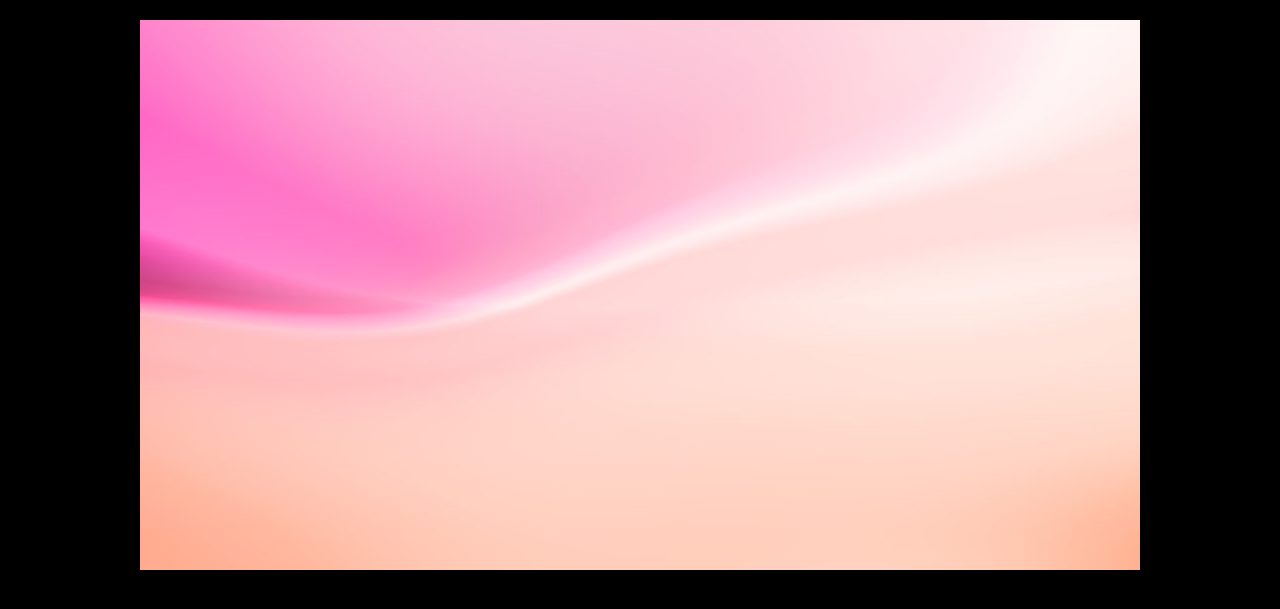
Repository: annabdev/basiccalculator
Page: index.html
An editor plug-in stored every save of this project. The page is shown before and after a run of saves, followed by the edit.
The browser window is 1280 px wide. The pictures show the whole page.

Above is the page before, as saved 2020-09-11 21:03:54.

### index.html
<html>
    <head>
        <link rel="stylesheet" type="text/css" href="style.css">
        <link href="https://fonts.googleapis.com/css?family=Open+Sans:600,700" rel="stylesheet">
        <title>A simple calculator</title>
    </head>
    <body>
        <div id="container">
            <div id="calculator">

            </div>
        </div>
        A simple calculator
        <script src="script.js"></script>
    </body>
</html>

### style.css
body{
    font-family: 'Open Sans', sans-serif;
    background-color: black;
}
#container{
    width: 1000px;
    height: 550px;
    background-image: url(bgImg.jpg);
    margin: 20px auto;
}

Loaded but not shown: script.js (no copy from this time; the picture is the same without it)

After the next 25 saves:
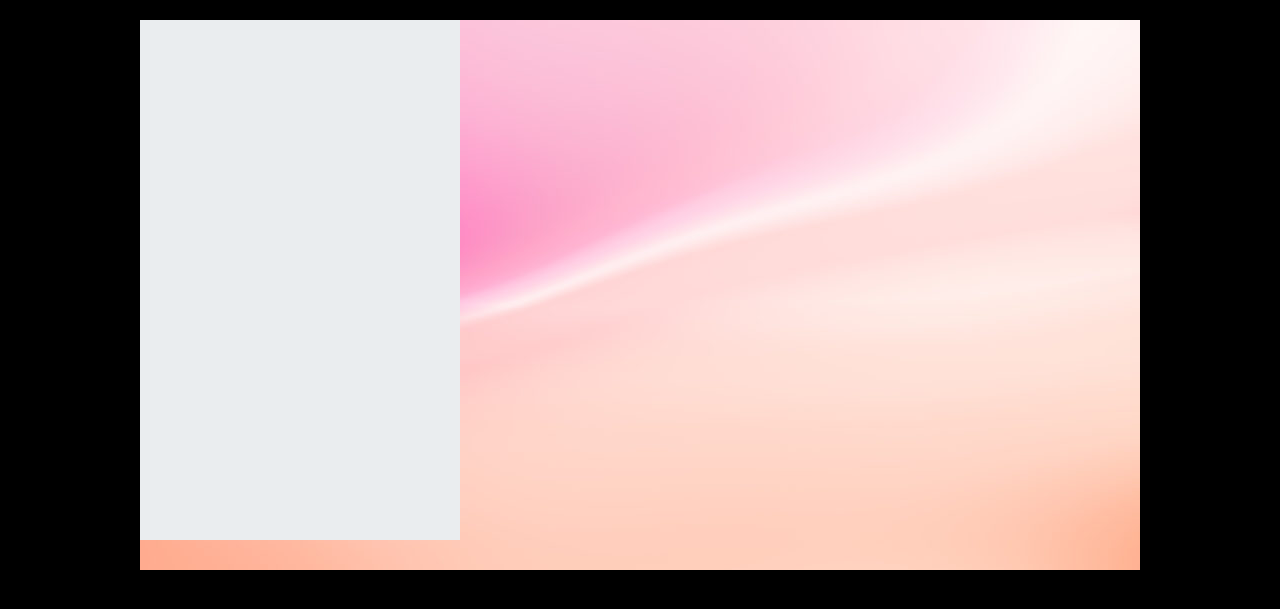
The 25 saves are shown as one change because they came seconds apart.
The last was saved 56 s later.
--- a/style.css
+++ b/style.css
@@ -8,3 +8,8 @@ body{
     background-image: url(bgImg.jpg);
     margin: 20px auto;
 }
+#calculator{
+    width: 320px;
+    height: 520px;
+    background-color: #eaedef;
+}
